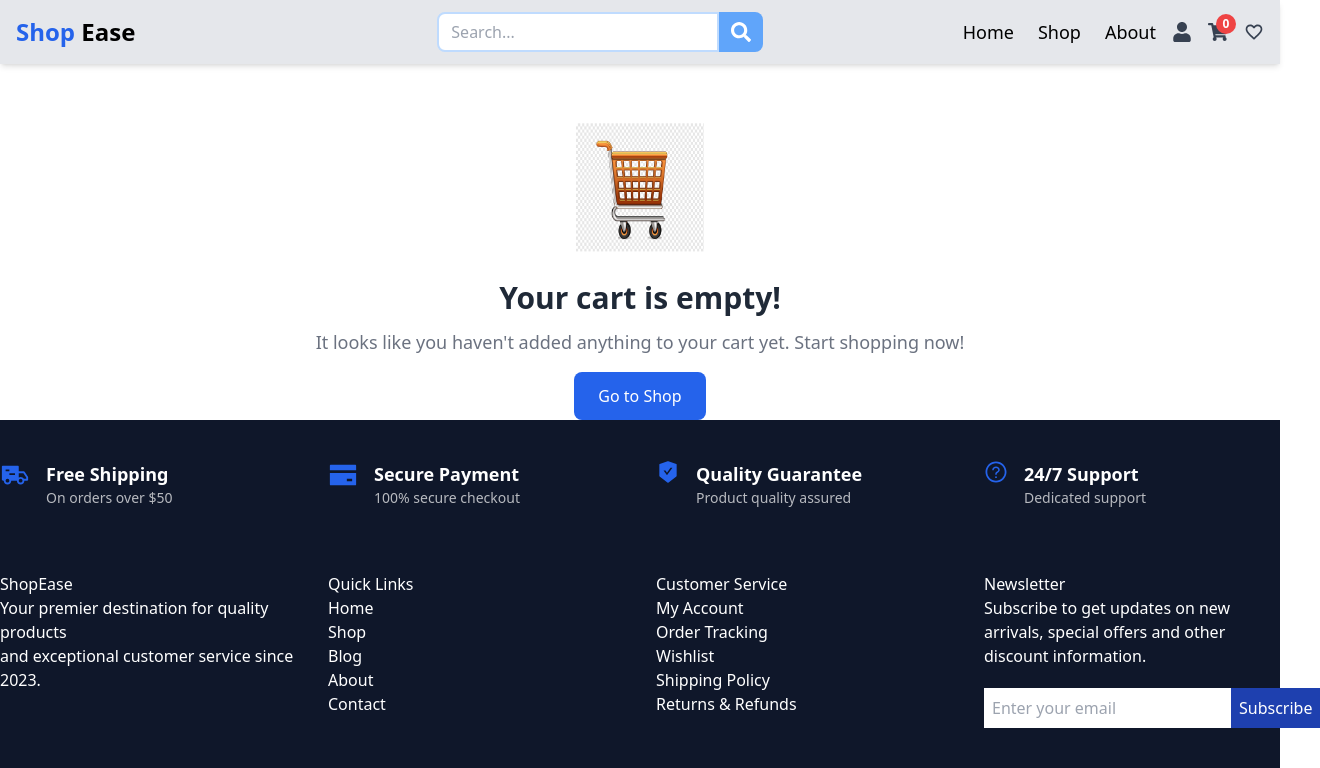
Repository: Muyassar-Mamdoh-Salem/project
Page: /cart
These files come from the project's save history. The page is drawn as it stood at one moment and after the next save; the edit follows.
The browser window is 1280 px wide. The page is 1320 px wide, so the pictures cover 1320 px, including what lies to the right of the window. The pictures show the whole page.
The project was rebuilt for these pictures with package versions that can differ from the ones it lists, and the page was loaded fresh each time. Also part of the build but not shown: vite.config.js, src/pages/Sign.jsx, src/pages/Products.jsx, src/pages/Banner.jsx, src/components/Home.jsx, src/components/Shop.jsx, src/components/Categories.jsx, src/pages/Regpage.jsx and 2 more.

Above is the page before, as saved 2025-05-20 23:18:00.

After the next save:
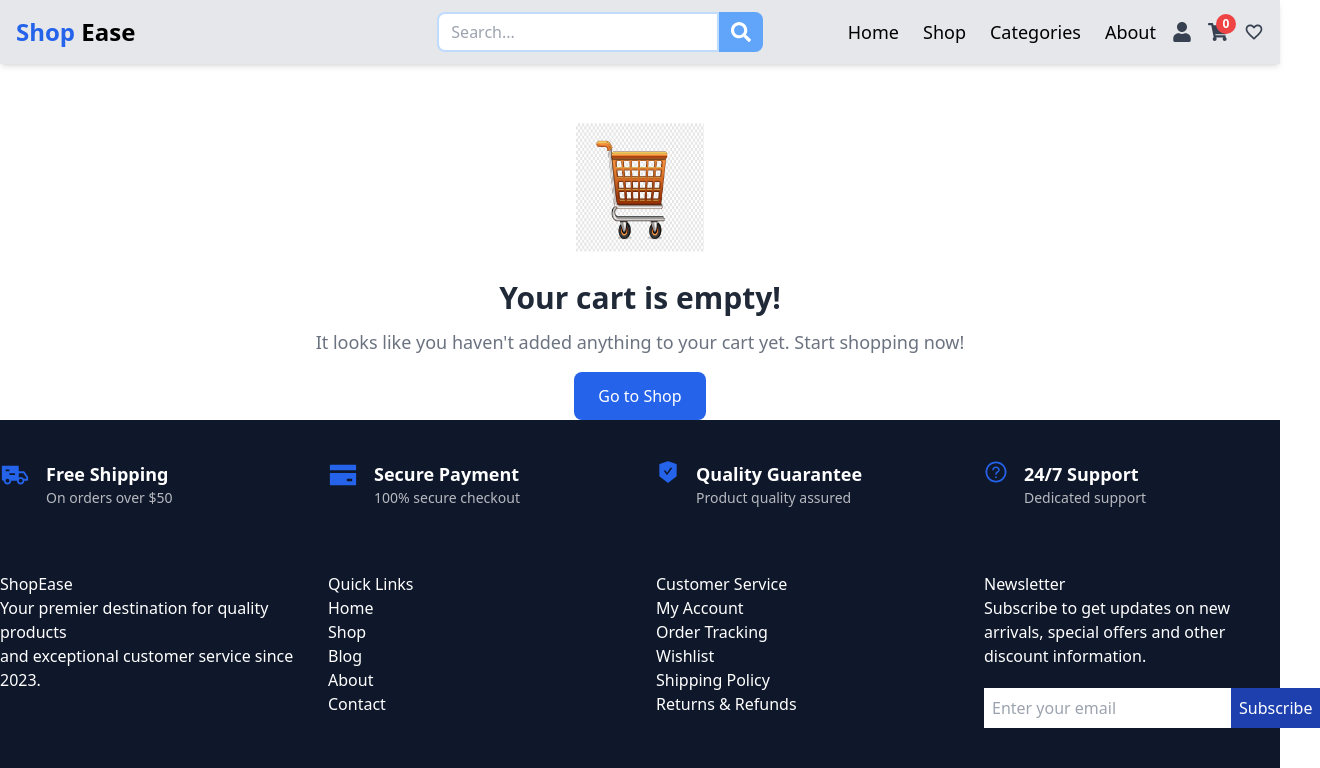
Saved 15 s later.
--- a/src/components/Header.jsx
+++ b/src/components/Header.jsx
@@ -61,7 +61,7 @@ const Header = () => {
             <nav className="hidden md:flex space-x-6 text-lg">
               <HashLink smooth to="/#top" onClick={() => setOpenBar(false)} className="hover:text-blue-500 transition duration-300 ">Home</HashLink>
               <HashLink to="/shop" className="hover:text-blue-500 transition duration-300 hidden:md">Shop</HashLink>
-              <HashLink to="/categories" className="hover:text-blue-500 transition duration-300 md:hidden">Categories</HashLink>
+              <HashLink to="/categories" className="hover:text-blue-500 transition duration-300 hidden:md">Categories</HashLink>
               <HashLink smooth to="#footer" className="hover:text-blue-500 transition duration-300 ">About</HashLink>
             </nav>
 
